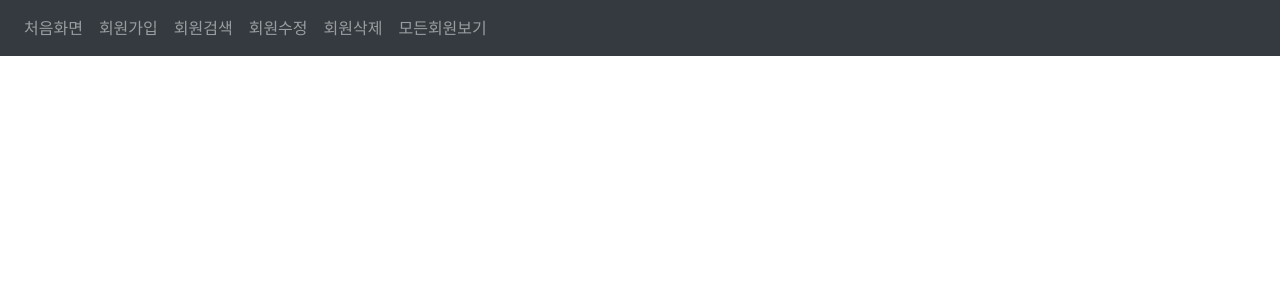
Repository: simjiho/second-crud-project
Page: http://localhost/test/view/memberUpdateOutput.jsp
An editor plug-in stored every save of this project. The page is shown before and after the next save, followed by the edit.
The browser window is 1280 px wide. The pictures show the whole page.
Some web libraries are served in a nearby version. The page is served by Tomcat 9. Other server files are loaded and not shown.

Above is the page before, as saved 2024-03-24 23:44:14.

### test/src/main/webapp/view/memberUpdateOutput.jsp
<%@ page language="java" contentType="text/html; charset=UTF-8"
    pageEncoding="UTF-8"%>

<jsp:include page="../menu.jsp"/>


</body>
</html>

### test/src/main/webapp/menu.jsp
<%@ page language="java" contentType="text/html; charset=UTF-8"
    pageEncoding="UTF-8"%>
<!DOCTYPE html>
<link rel="stylesheet"
href="https://maxcdn.bootstrapcdn.com/bootstrap/4.2.1/css/bootstrap.min.css">
<script src="https://ajax.googleapis.com/ajax/libs/jquery/3.3.1/jquery.min.js"></script>
<script
src="https://maxcdn.bootstrapcdn.com/bootstrap/4.2.1/js/bootstrap.min.js"></script>
</head>
<body>
	<nav class="navbar navbar-expand-sm bg-dark navbar-dark"
style="margin-bottom:30px">
		<ul class="navbar-nav">
			<li class="nav-item"><a class="nav-link"
				href="/index.jsp">처음화면</a></li>
			<li class="nav-item"><a class="nav-link"
				href="/view/memberInsert.jsp">회원가입</a></li>
			<li class="nav-item"><a class="nav-link"
				href="/view/memberSearch.jsp">회원검색</a></li>
			<li class="nav-item"><a class="nav-link"
				href="/view/memberUpdate.jsp">회원수정</a></li>
			<li class="nav-item"><a class="nav-link"
				href="/view/memberDelete.jsp">회원삭제</a></li>
			<li class="nav-item"><a class="nav-link"
		href="/memberList.do">모든회원보기</a></li>
		</ul>
	</nav>
</body>
</html>

After the next save:
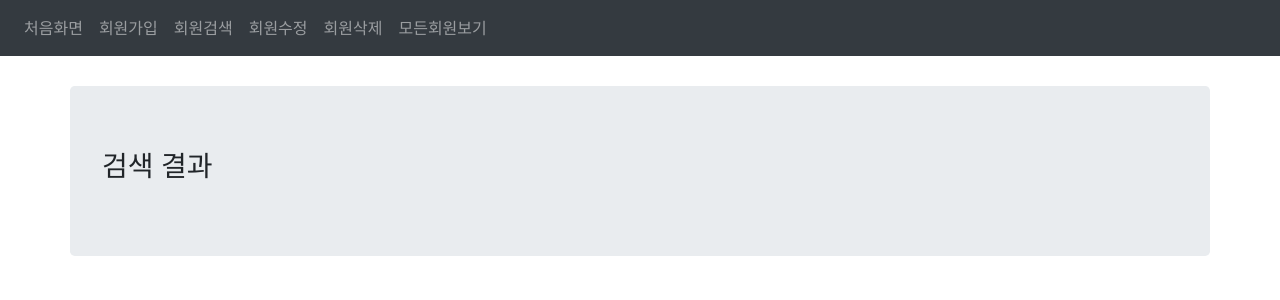
Saved 25 s later.
--- a/test/src/main/webapp/view/memberUpdateOutput.jsp
+++ b/test/src/main/webapp/view/memberUpdateOutput.jsp
@@ -3,6 +3,8 @@
 
 <jsp:include page="../menu.jsp"/>
 
-
+<div class="container jumbotron">
+<h3>검색 결과</h3>
+</div>
 </body>
 </html>
